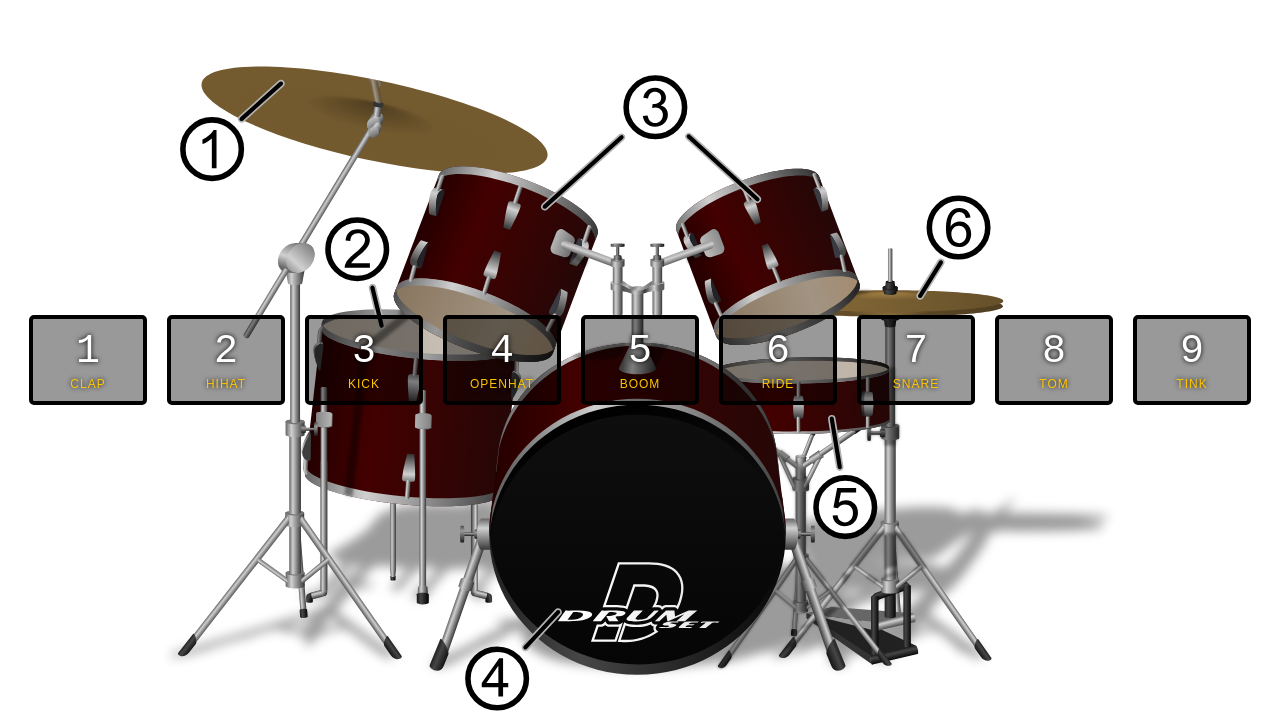
Repository: polishchuk404/drum-kit
Page: index.html
These files come from the project's save history. The page is drawn as it stood at one moment and after the next save; the edit follows.
The browser window is 1280 px wide. The pictures show the whole page.

Above is the page before, as saved 2020-10-08 15:31:56.

After the next save:
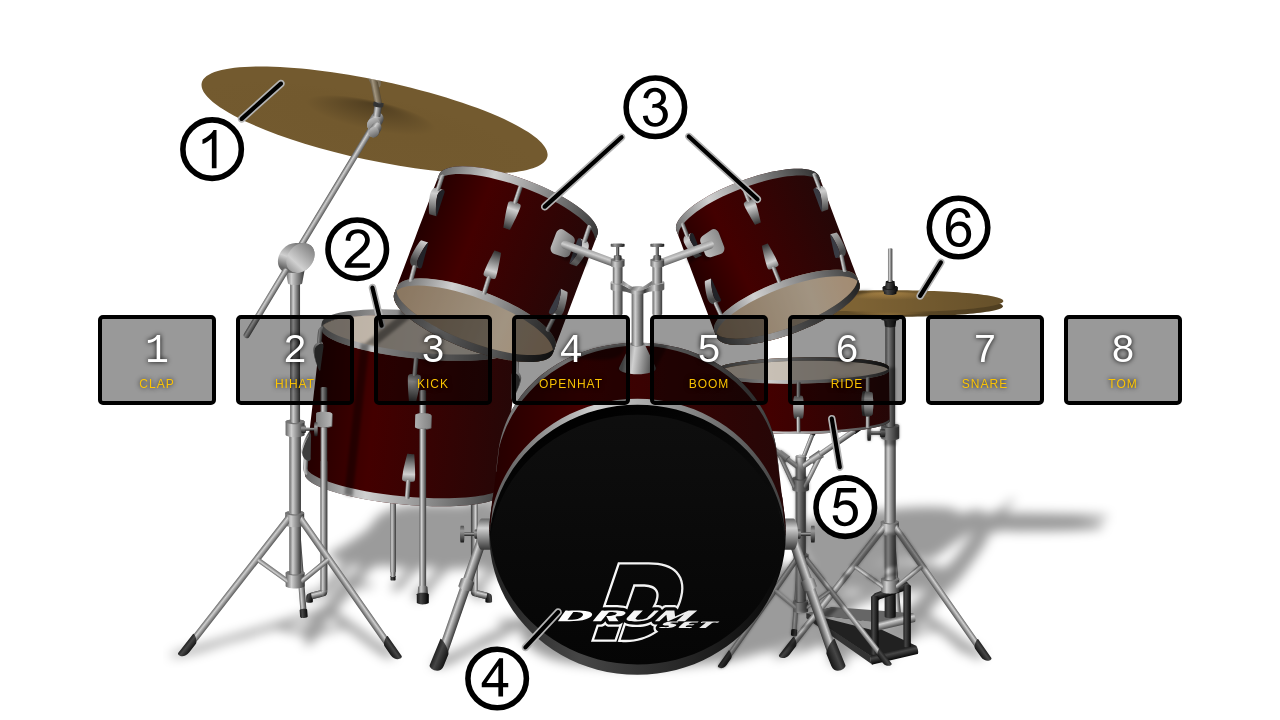
Saved 47 s later.
--- a/index.html
+++ b/index.html
@@ -42,10 +42,6 @@
       <kbd>8</kbd>
       <span class="sound">tom</span>
     </div>
-    <div data-key="105" class="key">
-      <kbd>9</kbd>
-      <span class="sound">tink</span>
-    </div>
   </div>
 
   <audio data-key="97" src="./sounds/clap.wav"></audio>
@@ -56,7 +52,6 @@
   <audio data-key="102" src="./sounds/ride.wav"></audio>
   <audio data-key="103" src="./sounds/snare.wav"></audio>
   <audio data-key="104" src="./sounds/tom.wav"></audio>
-  <audio data-key="105" src="./sounds/tink.wav"></audio>
 
 
   <script src="./js/main.js"></script>
